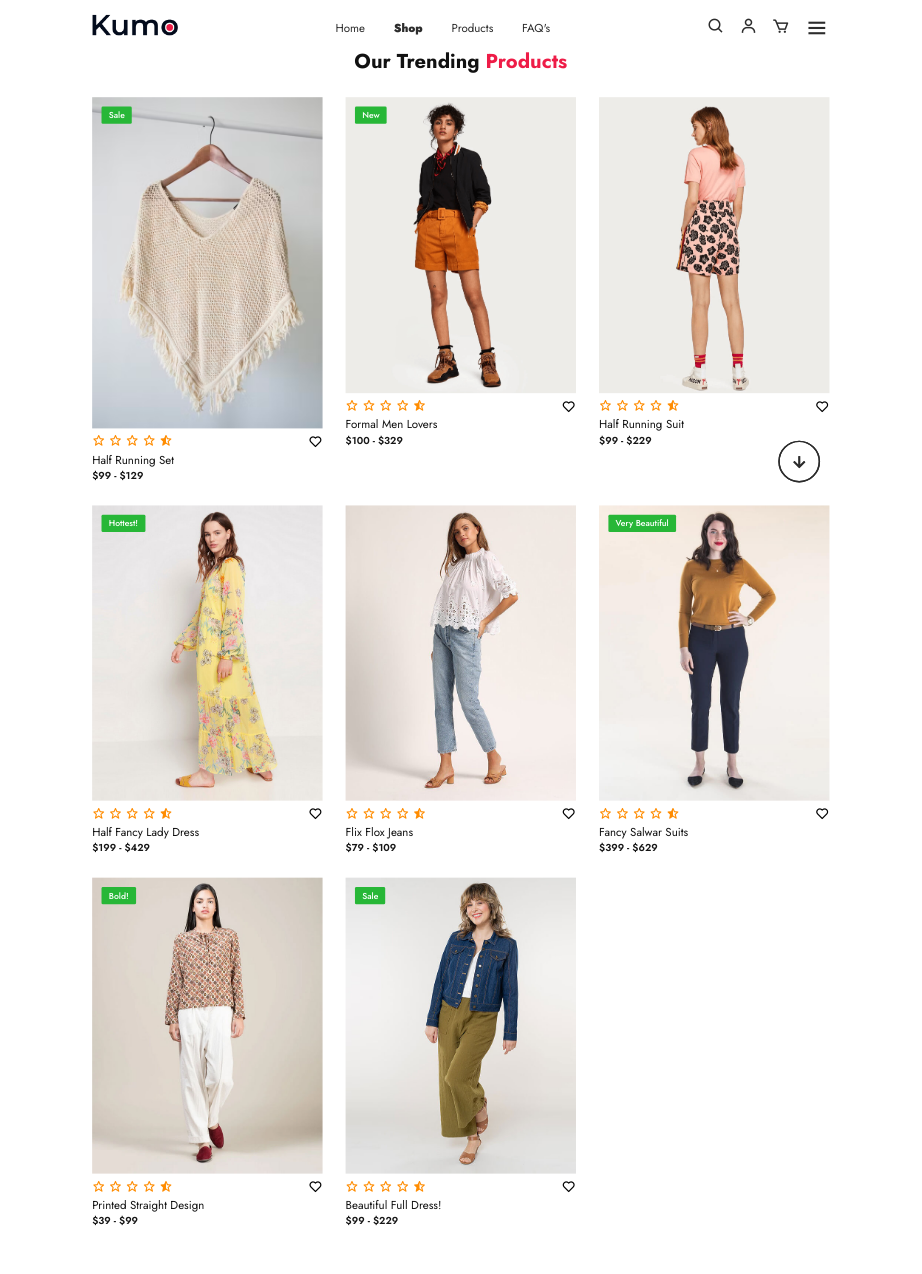
Repository: isaacCodes1/Kumo-Website.
Page: shop.html
These files come from the project's save history. The page is drawn as it stood at one moment and after a run of saves; the edit follows.
The browser window is 1280 px wide. The pictures show the whole page, at 72% of full size.

Above is the page before, as saved 2024-03-23 09:37:25.

After the next 3 saves:
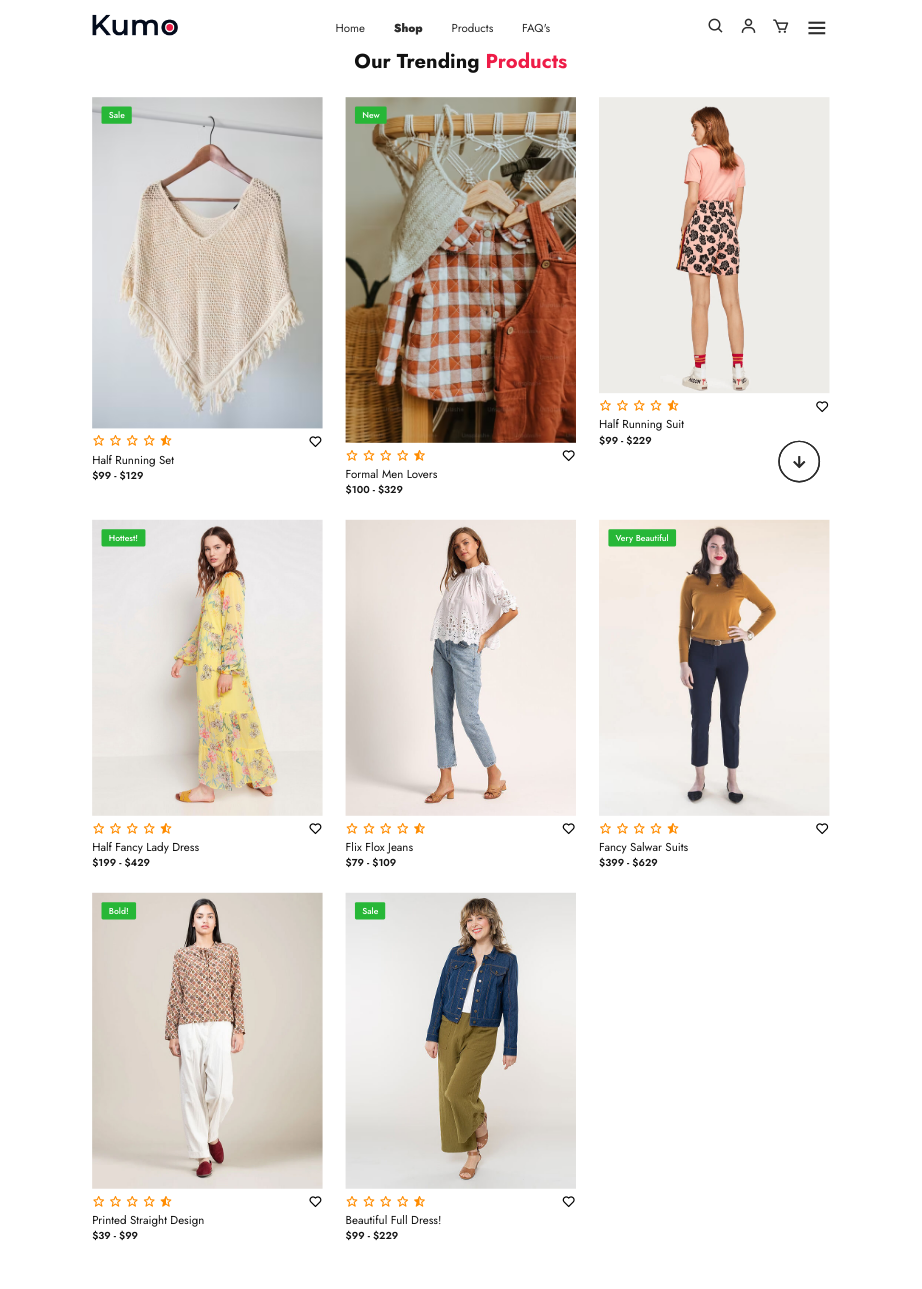
The 3 saves are shown as one change because they came seconds apart.
The last was saved 35 s later.
--- a/shop.html
+++ b/shop.html
@@ -74,7 +74,7 @@
         </div>
 
         <div class="row">
-          <img src="/Assets/2.jpg" alt="" />
+          <img src="/Assets/clothes2.avif" alt="" />
           <div class="product-text">
             <h5>New</h5>
           </div>
